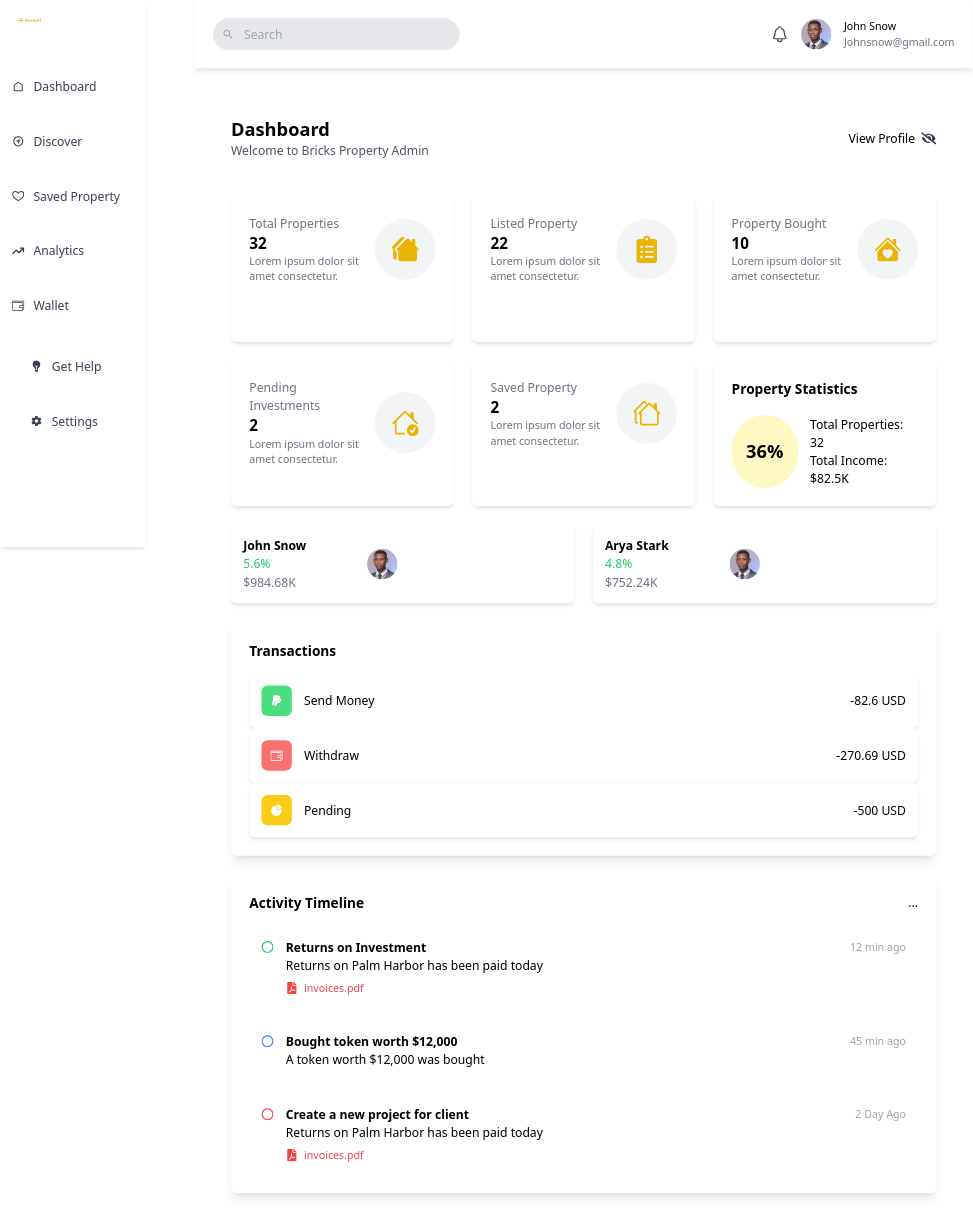
Repository: AyomideAkintade/BricksFi-Frontend
Page: /dashboard (app in client/)
The author's editor kept a copy of each file at every save. The page is drawn from the files as they stood at one save, then again after the next save.
The browser window is 1280 px wide. The pictures show the whole page, at 76% of full size.
The page's requests for data from a server got no answer. The project was rebuilt for these pictures with package versions that can differ from the ones it lists, and the page was loaded fresh each time. No one was signed in, and anything a server would have sent is missing. Also part of the build but not shown: client/src/components/navbar.jsx, client/src/components/home.jsx, client/src/components/homeSecond.jsx, client/src/components/homeThird.jsx, client/src/components/homeFifth.jsx, client/src/components/homeSixth.jsx, client/src/components/homeSeventh.jsx, client/src/api/base.js and 11 more.

Above is the page before, as saved 2024-10-04 23:06:02.

After the next save:
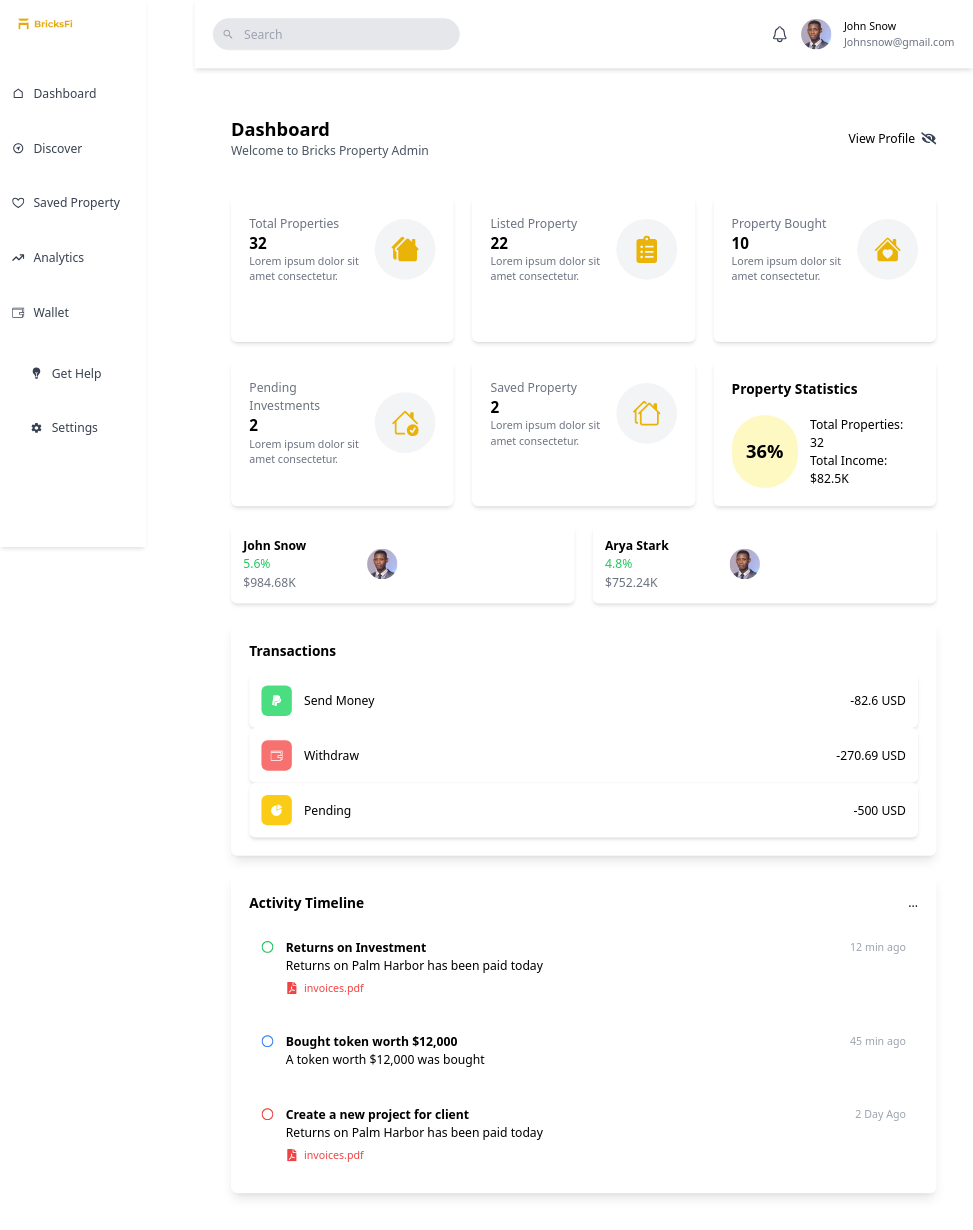
Saved 6 s later.
--- a/client/src/components/sidebar.jsx
+++ b/client/src/components/sidebar.jsx
@@ -16,7 +16,7 @@ const Sidebar = () => {
         <img
         src={BricksFi}
         alt='BricksFi'
-        className='w-[30px]'
+        className='w-1/2'
         />
       </div>
       <nav className="mt-8">
